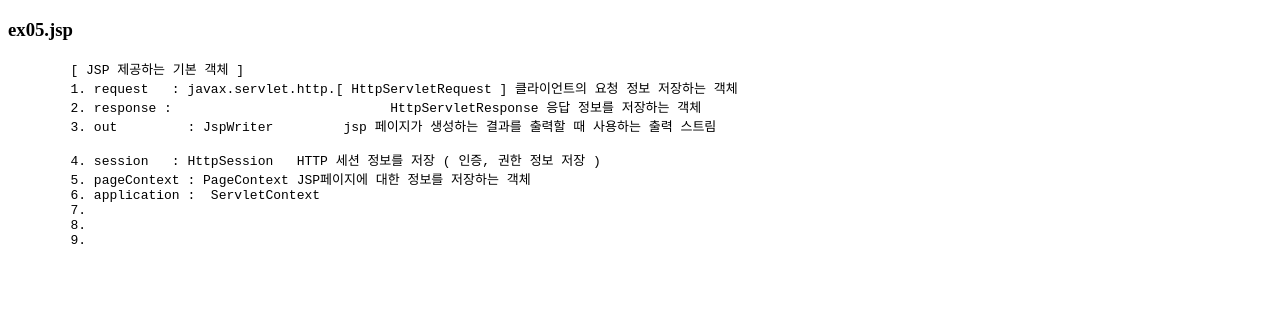
Repository: JavaYoo/kakao-emoticon-web-clone
Page: http://localhost/jspPro/days04/ex05.jsp
An editor plug-in stored every save of this project. The page is shown before and after the next save, followed by the edit.
The browser window is 1280 px wide. The pictures show the whole page.
The page is served by Tomcat 9.

Above is the page before, as saved 2022-06-17 05:50:27.

After the next save:
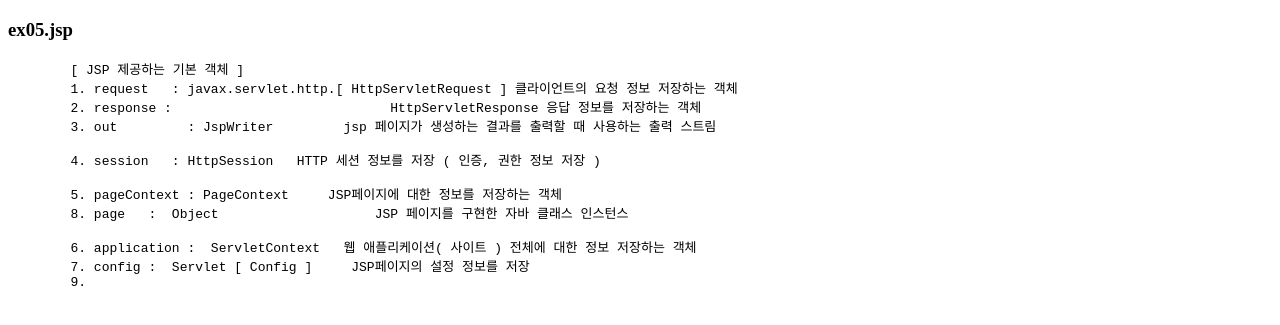
Saved 2 min 16 s later.
--- a/jspPro/src/main/webapp/days04/ex05.jsp
+++ b/jspPro/src/main/webapp/days04/ex05.jsp
@@ -19,10 +19,12 @@
 	3. out         : JspWriter         jsp 페이지가 생성하는 결과를 출력할 때 사용하는 출력 스트림
 
 	4. session   : HttpSession   HTTP 세션 정보를 저장 ( 인증, 권한 정보 저장 )
-	5. pageContext : PageContext JSP페이지에 대한 정보를 저장하는 객체
-	6. application :  ServletContext
-	7.
-	8.
+
+	5. pageContext : PageContext     JSP페이지에 대한 정보를 저장하는 객체
+	8. page   :  Object                    JSP 페이지를 구현한 자바 클래스 인스턴스
+
+	6. application :  ServletContext   웹 애플리케이션( 사이트 ) 전체에 대한 정보 저장하는 객체
+	7. config :  Servlet [ Config ]     JSP페이지의 설정 정보를 저장
 	9.
 </pre>
 
